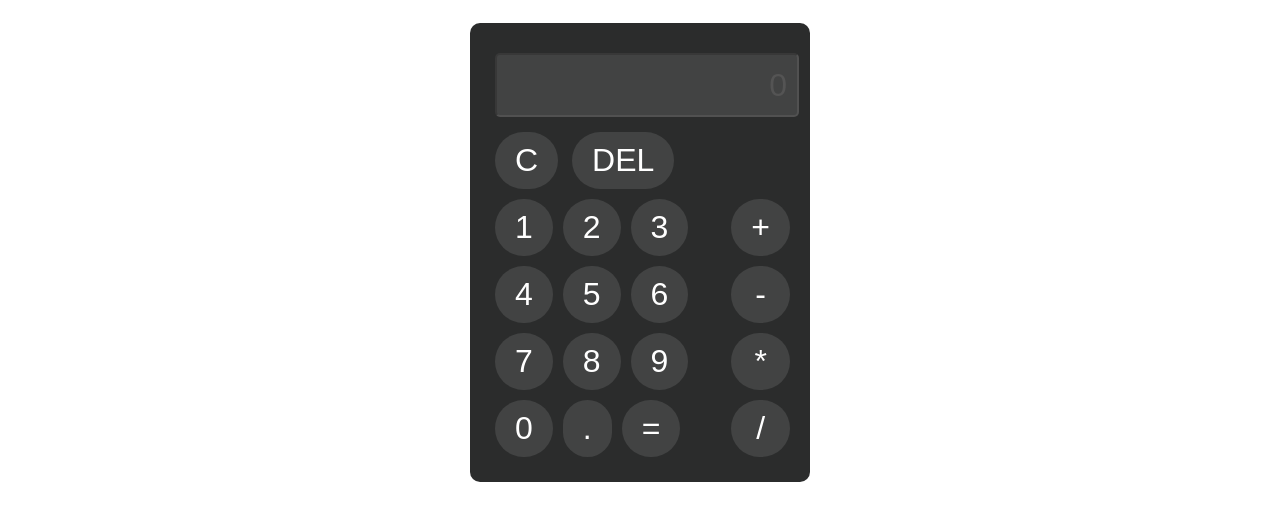
Repository: jaskeat/Calculator
Page: index.html
These files come from the project's save history. The page is drawn as it stood at one moment and after the next save; the edit follows.
The browser window is 1280 px wide. The pictures show the whole page.

Above is the page before, as saved 2024-09-05 13:32:48.

### index.html
<!DOCTYPE html>
<html lang="en">
	<head>
		<meta charset="UTF-8" />
		<meta name="viewport" content="width=device-width, initial-scale=1.0" />
		<title>Calculator</title>
		<link rel="stylesheet" href="style.css" />
	</head>
	<body>
		<div class="calculator">
			<div class="display">
				<input type="text" class="display-input" value="0" disabled />
			</div>

			<div class="extrabtn">
				<button class="btn" onclick="clearDisplay()">C</button>
				<button class="btn" onclick="deleteLast()">DEL</button>
			</div>

			<div class="buttons">
				<div class="operators">
					<button class="btn" onclick="append('+')">+</button>
					<button class="btn" onclick="append('-')">-</button>
					<button class="btn" onclick="append('*')">*</button>
					<button class="btn" onclick="append('/')">/</button>
				</div>

				<div class="numbers">
					<button class="btn" onclick="append('1')">1</button>
					<button class="btn" onclick="append('2')">2</button>
					<button class="btn" onclick="append('3')">3</button>
					<button class="btn" onclick="append('4')">4</button>
					<button class="btn" onclick="append('5')">5</button>
					<button class="btn" onclick="append('6')">6</button>
					<button class="btn" onclick="append('7')">7</button>
					<button class="btn" onclick="append('8')">8</button>
					<button class="btn" onclick="append('9')">9</button>
					<button class="btn" onclick="append('0')">0</button>
					<button class="btn" onclick="append('.')">.</button>
					<button class="btn" onclick="calculate()">=</button>
				</div>
			</div>
		</div>
		<script src="script.js"></script>
	</body>
</html>

### style.css
:root {
	--primary-color: #2b2c2c;
	--button-color: #424343;
	--operator-color: #ff9f0b;
}

body {
	display: flex;
	justify-content: center;
	align-items: center;
}

.calculator {
	width: 300px;
	max-width: 600px;
	height: auto;
	margin: 15px;
	padding: 20px;
	background-color: var(--primary-color);
	border-radius: 10px;
}

button {
	border-radius: 30px;
	font-size: 1.3rem;
	background-color: var(--button-color);
	color: white;
	border: none;
}

button:hover {
	background-color: lightgrey;
	cursor: pointer;
}

input {
	width: 280px;
	height: 50px;
	font-size: 2rem;
	text-align: right;
	border-radius: 5px;
	margin: 10px 5px;
	background-color: var(--button-color);
	padding: 5px 10px;
}

.operators {
	display: flex;
	flex-direction: column;
	width: auto;
}

.operators button {
	width: auto;
	height: auto;
	margin: 5px 0;
}

.numbers {
	display: flex;
	flex-wrap: wrap;
	height: auto;
	width: 250px;
}

.buttons {
	display: flex;
	flex-direction: row-reverse;
	justify-content: space-between;
	font-size: 2rem;
}

.btn {
	font-size: 2rem;
	padding: 10px 20px;
	margin: 5px;
}

Loaded but not shown: script.js (no copy from this time; the picture is the same without it)

After the next save:
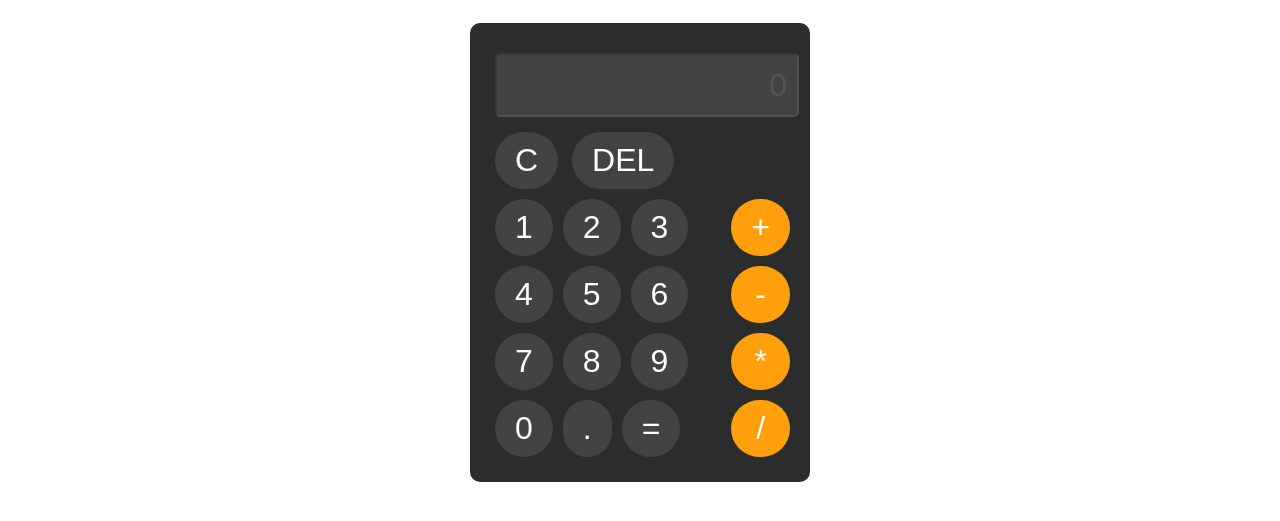
Saved 23 s later.
--- a/style.css
+++ b/style.css
@@ -54,6 +54,7 @@ input {
 	width: auto;
 	height: auto;
 	margin: 5px 0;
+	background-color: var(--operator-color);
 }
 
 .numbers {
